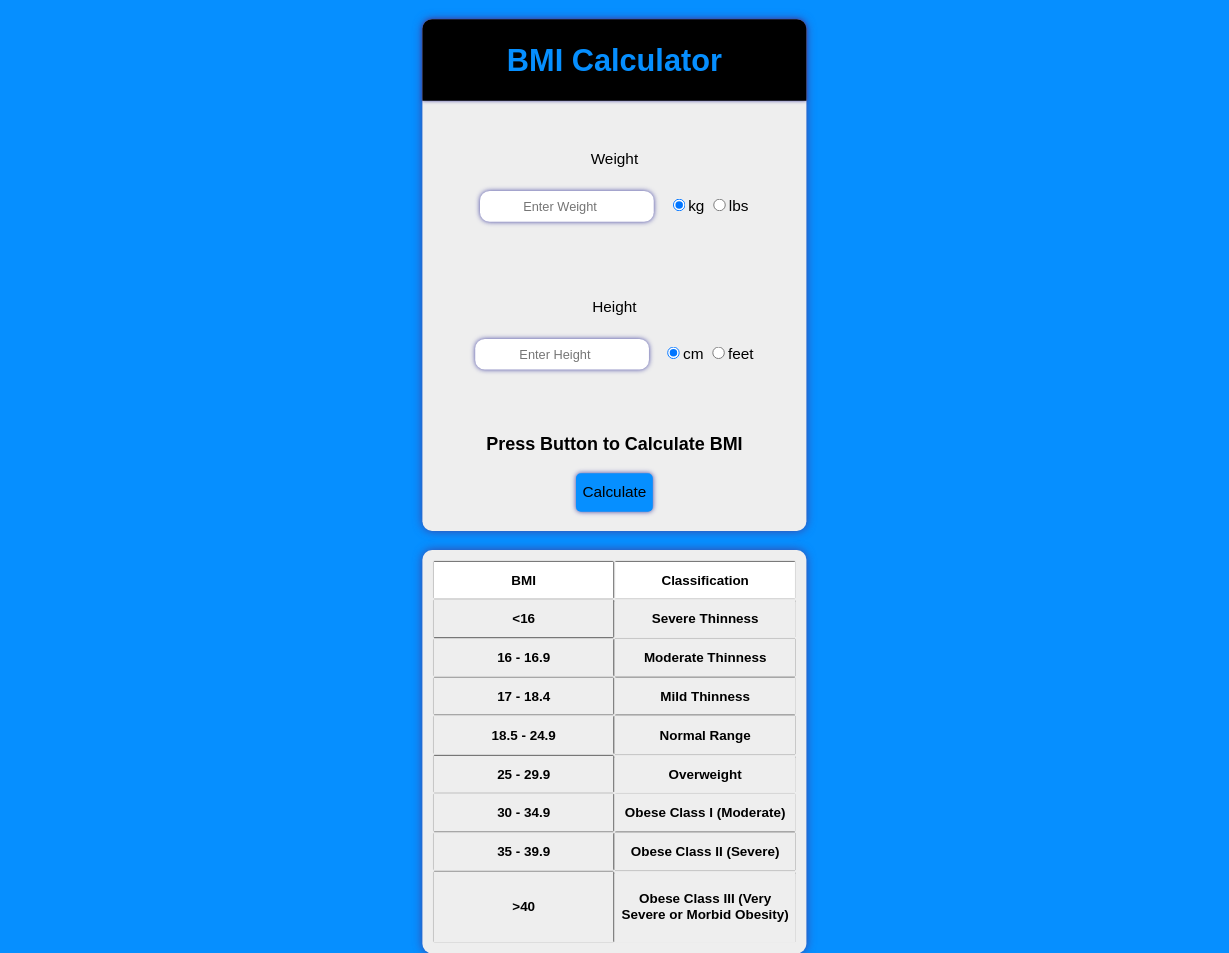
Repository: shayanabedi98/bmi-calculator
Page: index.html
These files come from the project's save history. The page is drawn as it stood at one moment and after the next save; the edit follows.
The browser window is 1280 px wide. The pictures show the whole page, at 96% of full size.

Above is the page before, as saved 2023-07-24 19:14:52.

### index.html
<!DOCTYPE html>
<html lang="en">
<head>
    <meta charset="UTF-8">
    <meta name="viewport" content="width=device-width, initial-scale=1.0">
    <title>BMI Calculator</title>
    <link rel="stylesheet" href="styles.css">
</head>
<body>
    <div class="container">
        <div class="card">
            <div class="bmi-calculator">
                <h1>BMI Calculator</h1>
                <div class="weight">
                    <label class="weight" for="weight">Weight</label>
                    <input id="weight" type="number" placeholder="Enter Weight">
                    <input type="radio" name="weight" checked><span>kg</span>
                    <input type="radio" name="weight"><span>lbs</span>
                </div>
                <div class="height">
                    <label class="height" for="height">Height</label>
                    <input type="number" placeholder="Enter Height" id="height">
                    <input type="radio" name="height" checked><span>cm</span>
                    <input type="radio" name="height"><span>feet</span>
                </div>
                <div class="feet">
                    <label for="height">Height</label>
                    <input type="number" placeholder="Enter Feet" id="feet">
                    <input type="number" placeholder="Enter Inches" id="inch">
                </div>
                <div class="result">
                    <h3>Press Button to Calculate BMI</h3>
                    <button onclick="calc()" class="calculate">Calculate</button>
                </div>
            </div>
        </div>
        <div class="card chart">
            <div class="bmi-chart">
                <table bgcolor=''>
                    <tr bgcolor="#ffffff" align="center">
                        <th width="100">BMI</th>
                        <th width="100">Classification</th>
                    </tr>
                    <tr bgcolor="EEEEEE">
                        <th>&lt;16</th>
                        <th>Severe Thinness</th>
                    </tr>
                    <tr bgcolor="EEEEEE">
                        <th>16 - 16.9</th>
                        <th>Moderate Thinness</th>
                    </tr>
                    <tr bgcolor="EEEEEE">
                        <th>17 - 18.4</th>
                        <th>Mild Thinness</th>
                    </tr>
                    <tr bgcolor="EEEEEE">
                        <th>18.5 - 24.9</th>
                        <th>Normal Range</th>
                    </tr>
                    <tr bgcolor="EEEEEE">
                        <th>25 - 29.9</th>
                        <th>Overweight</th>
                    </tr>
                    <tr bgcolor="EEEEEE">
                        <th>30 - 34.9</th>
                        <th>Obese Class I (Moderate)</th>
                    </tr>
                    <tr bgcolor="EEEEEE">
                        <th>35 - 39.9</th>
                        <th>Obese Class II (Severe)</th>
                    </tr>
                    <tr bgcolor="EEEEEE">
                        <th>&gt;40</th>
                        <th>Obese Class III (Very Severe or Morbid Obesity)</th>
                    </tr>
                </table>
            </div>
        </div>
    </div>
    <script src="index.js"></script>
</body>
</html>

### styles.css

body {
    background-color: #068FFF;
    font-family: sans-serif;
    text-align: center;
    padding: 0;
    margin: 0;
}

h1 {
    margin-top: 0;
    margin-bottom: 0;
    background-color: #000000;
    color: #068FFF;
    border-radius: 10px 10px 0 0;
    height: 60px;
    padding-top: 25px;
    box-shadow: 0 0 4px 0 #4141a0;
}

h2 {
    margin-top: 0;
    margin-bottom: 10px;
}

.container {
    display: inline-block;
}

.card {
    background-color: #EEEEEE;
    width: 400px;
    border-radius: 10px;
    margin-left: auto;
    margin-top: 5%;
    box-shadow: 0 0 10px 0 #4141a0;
}

.chart {
    padding: 10px;
    width: 380px;
}

table {
    width: 100%;
    height: 400px;
    font-size: 14px;
}

th {
    box-shadow: 0 0 1px 0 black;
}

.weight {
    display: block;
    text-align: start;
    padding: 7%;
    text-align: center;
}

.height {
    display: block;
    text-align: start;
    padding: 7%;
    text-align: center;
}

input[type='number'] {
    display: inline-block;
    text-align: center;
    margin-right: 10px;
    height: 30px;
    border-radius: 10px;
    border: none;
    box-shadow: 0 0 5px 0 #4141a0;
}

.feet {
    visibility: hidden;
    height: 0;
}

.result {
    padding: 5%;
}

.result button {
    background-color: #068FFF;
    height: 40px;
    width: 80px;
    border-radius: 5px;
    border: none;
    box-shadow: 0 0 5px 0 #4141a0;
    cursor: pointer;
    font-size: 16px;
}

### index.js

function calc() {
    var kg = document.querySelector('#weight').value;
    var cm = document.querySelector('#height').value;
    var kgBtn = document.querySelectorAll('.weight input')[1];
    var lbsBtn = document.querySelectorAll('.weight input')[2];

    var cm2m = cm / 100;

    var result = Math.round(kg/(cm2m*cm2m));

    document.querySelector('.result h3').innerHTML = 'Your BMI is ' + result

    lbsBtn.addEventListener('click', function() {
        kg * 0.453;
    })

}

After the next save:
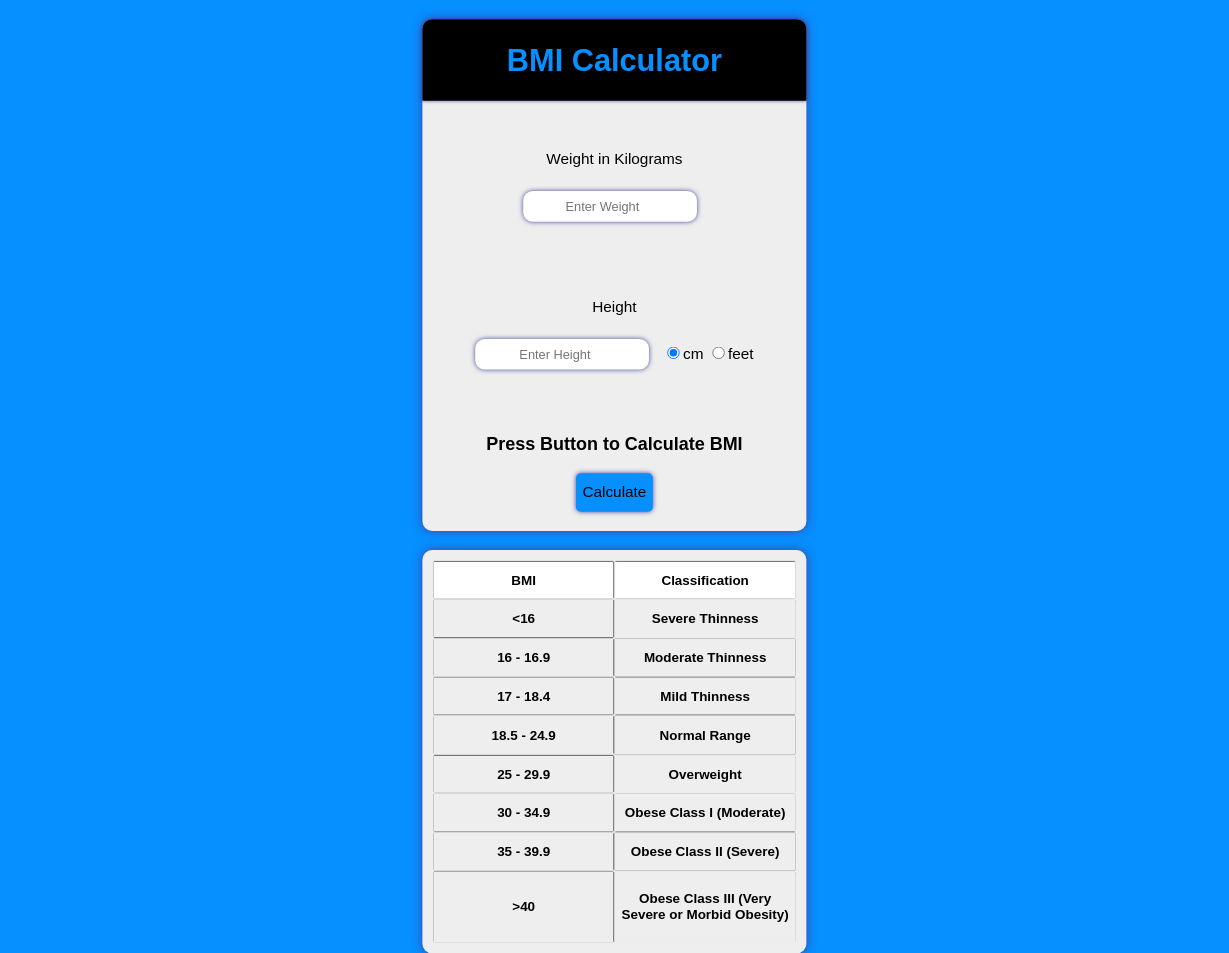
Saved 7 min 0 s later.
--- a/index.html
+++ b/index.html
@@ -12,10 +12,8 @@
             <div class="bmi-calculator">
                 <h1>BMI Calculator</h1>
                 <div class="weight">
-                    <label class="weight" for="weight">Weight</label>
+                    <label class="weight" for="weight">Weight in Kilograms</label>
                     <input id="weight" type="number" placeholder="Enter Weight">
-                    <input type="radio" name="weight" checked><span>kg</span>
-                    <input type="radio" name="weight"><span>lbs</span>
                 </div>
                 <div class="height">
                     <label class="height" for="height">Height</label>
